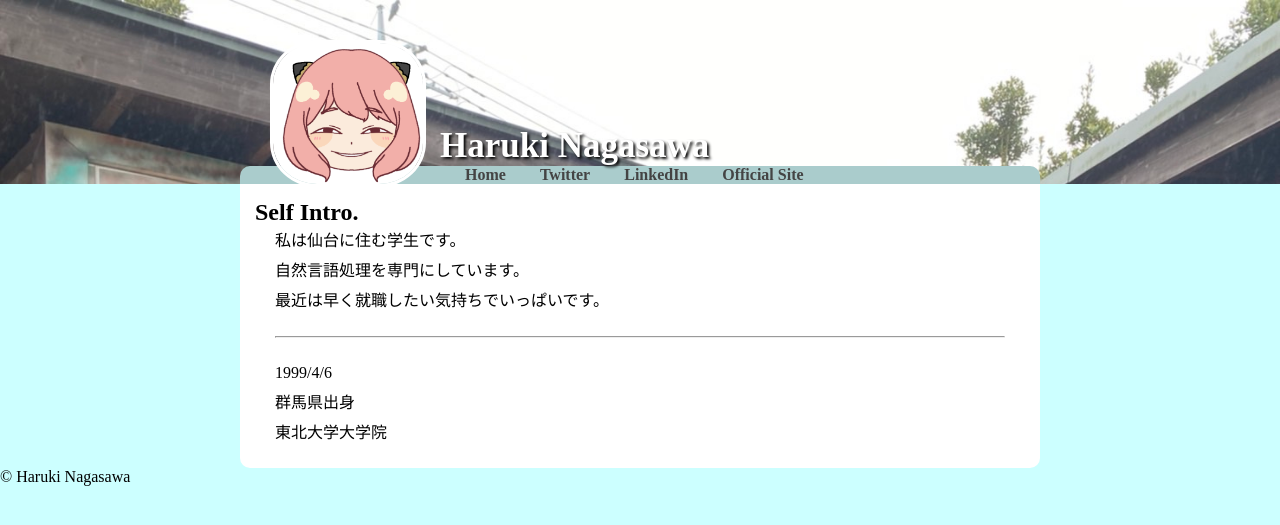
Repository: haruki-N/WebApp
Page: HTML_CSS_profile/mysite.html
The author's editor kept a record of every edit. The page is drawn from the files as they stood at one moment, then again after the next edit.
The browser window is 1280 px wide. The pictures show the whole page.

Above is the page before.

### HTML_CSS_profile/mysite.html
<!DOCTYPE html>
<html lang="ja">
<head>
    <link rel="stylesheet" href="mysite.css" type="text/css" />
    <meta charset="UTF-8">
    <title>自己紹介ページ</title>
</head>
<body>
    <header>
        <div class="top">

            <img src="profile.png" id="icon">
            <span id="my_name">Haruki Nagasawa</span>

            <nav>
                <ul>
                    <li><a href="">Home</a></li>
                    <li><a href="https://twitter.com/sp_coffee_py" target="_blank">Twitter</a></li>
                    <li><a href="https://www.linkedin.com/feed/" target="_blank">LinkedIn</a></li>
                    <li><a href="https://www.notion.so/Haruki-Nagasawa-6d5ffbd49e9e4628b9a59c75bf537f45" target="_blank">Official Site</a></li>
                </ul>
            </nav>

        </div>
    </header>
    <div class="container">
        <h2>Self Intro.</h2>
        <div class="profile">
            <p>
                私は仙台に住む学生です。
                <br>
                自然言語処理を専門にしています。
                <br>
                最近は早く就職したい気持ちでいっぱいです。
            </p>
            <hr>
            <p>1999/4/6</p>
            <p>群馬県出身</p>
            <p>東北大学大学院</p>
        </div>
    </div>
    <footer>
        <p>&copy; Haruki Nagasawa</p>
    </footer>
</body>
</html>

### HTML_CSS_profile/mysite.css
* {
    margin: 0;
    padding: 0;
}
body {
    background-color: #ccffff;
}

.top {
    width: 800px;
    margin: 0 auto 0 auto;
}

header {
    background-image: url("header.jpg");
    background-size: cover;
}

#icon {
    width: 150px;
    border: solid white;
    border-radius: 30%;
    margin-top: 40px;
    margin-left: 30px;
    margin-right: 10px;
    margin-bottom: -30px
}

#my_name {
    color: white;
    font-size: 35px;
    font-weight: bold;
    text-shadow: 2px 2px 3px black;
}

nav {
    background-color: #aacccc;
    border-radius: 10px 10px 0px 0px;

}

nav ul {
    margin-left: 210px;
}

nav ul li {
    display: inline;
    margin: 0 15px 0 15px;
}

nav ul li a{
    color: #444444;
    font-weight: bold;
    text-decoration: none;
}

.container {
    background-color: white;
    border-radius: 0px 0px 10px 10px;
    width: 770px;
    margin: 0px auto 0px auto;
    padding: 15px 15px 20px 15px;
}

.profile {
    padding: 0 20px 0 20px;
    line-height: 30px
}

.profile hr {
    margin: 20px 0px 20px 0;
}

After the next edit:
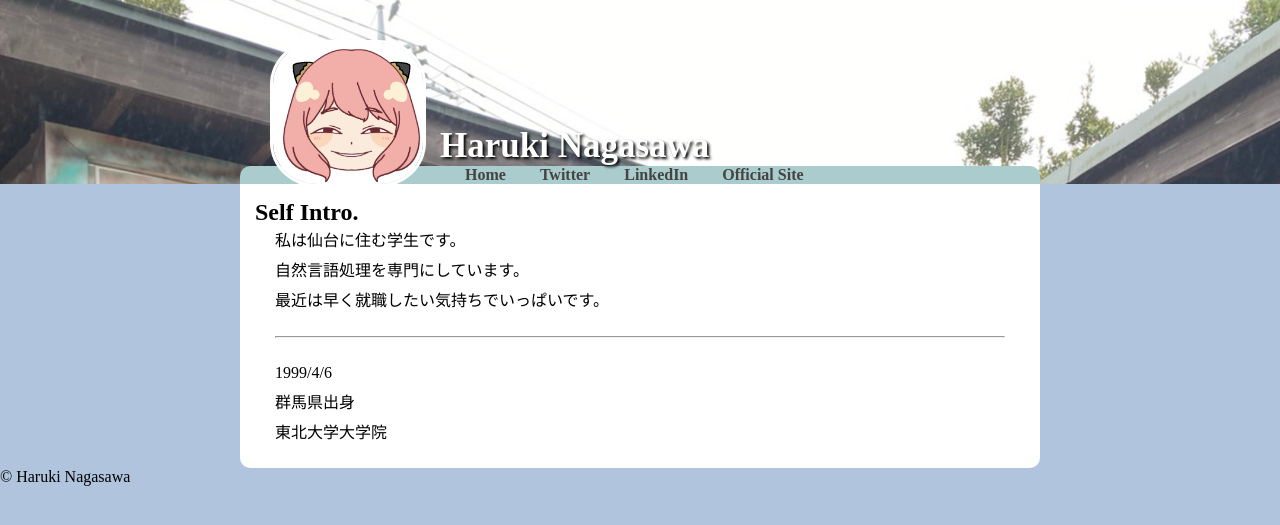
The edit:
--- a/HTML_CSS_profile/mysite.css
+++ b/HTML_CSS_profile/mysite.css
@@ -3,7 +3,7 @@
     padding: 0;
 }
 body {
-    background-color: #ccffff;
+    background-color: #b0c4de;
 }
 
 .top {
